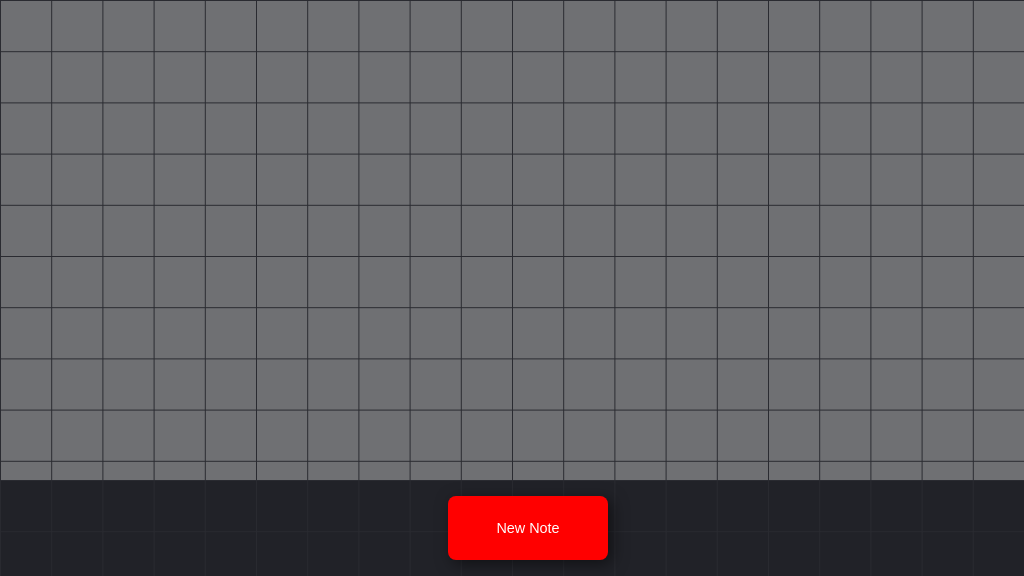
Repository: ErvinClay13/Memo-Glow
Page: index.html
The author's editor kept a copy of each file at every save. The page is drawn from the files as they stood at one save, then again after the next save.
The browser window is 1280 px wide. The pictures show the whole page, at 80% of full size.

Above is the page before, as saved 2025-03-28 17:10:27.

After the next save:
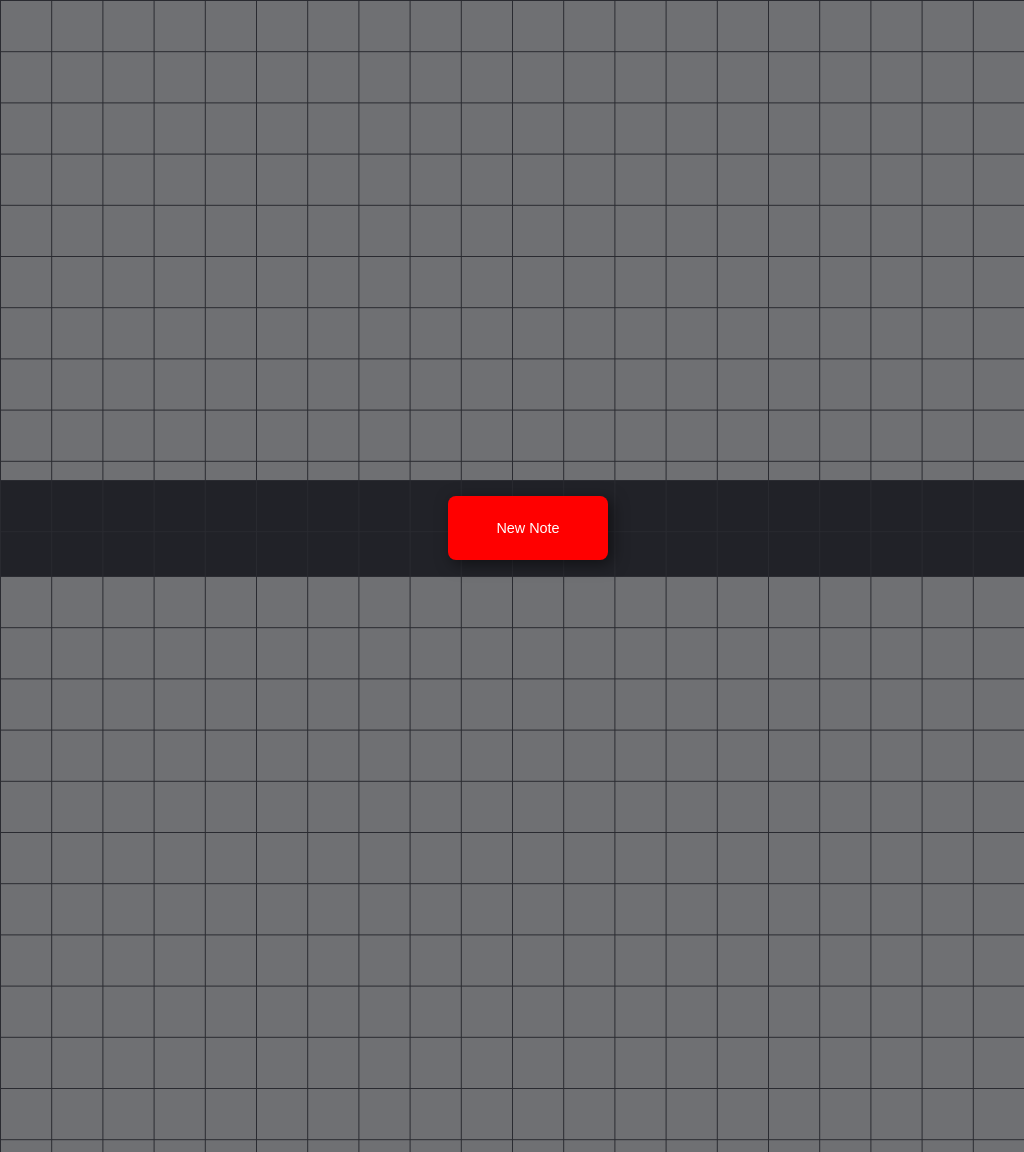
Saved 18 min 15 s later.
--- a/index.html
+++ b/index.html
@@ -6,7 +6,7 @@
     <link rel="stylesheet" href="style.css">
     <title>Document</title>
 </head>
-<!-- <body>
+<body>
     <div id="container">
         <div id="card"></div>
         <div id="card2" style="display: none;"></div>
@@ -19,7 +19,7 @@
         <button id="cardBtn2" style="display: none;">New Card</button>
         <button id="cardBtn3" style="display: none;">New Card</button>
 
-    </div> -->
+    </div>
 
 
 
